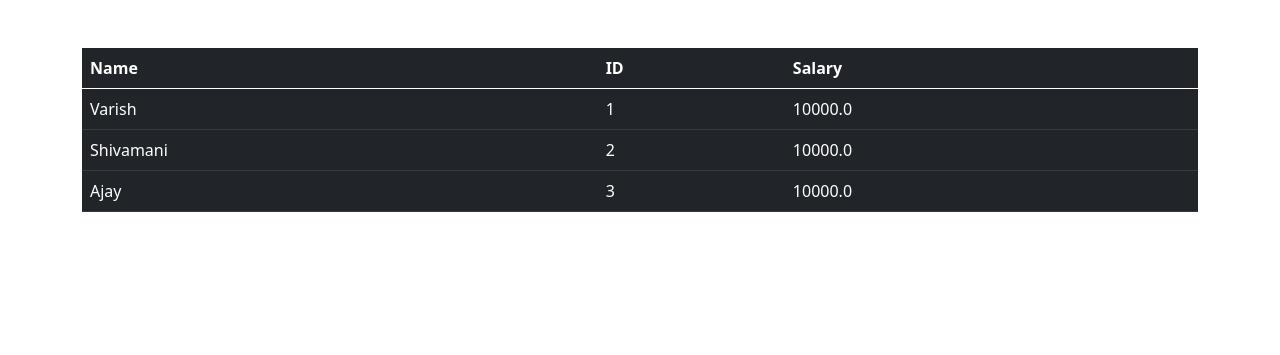
Repository: valletivarish/monojsp
Page: http://localhost/05-jsp-jstl-tags-demo/emp-jstl-forEach-demo.jsp
An editor plug-in stored every save of this project. The page is shown before and after the next save, followed by the edit.
The browser window is 1280 px wide. The pictures show the whole page.
The page is served by Tomcat 9.

Above is the page before, as saved 2024-07-15 08:22:24.

After the next save:
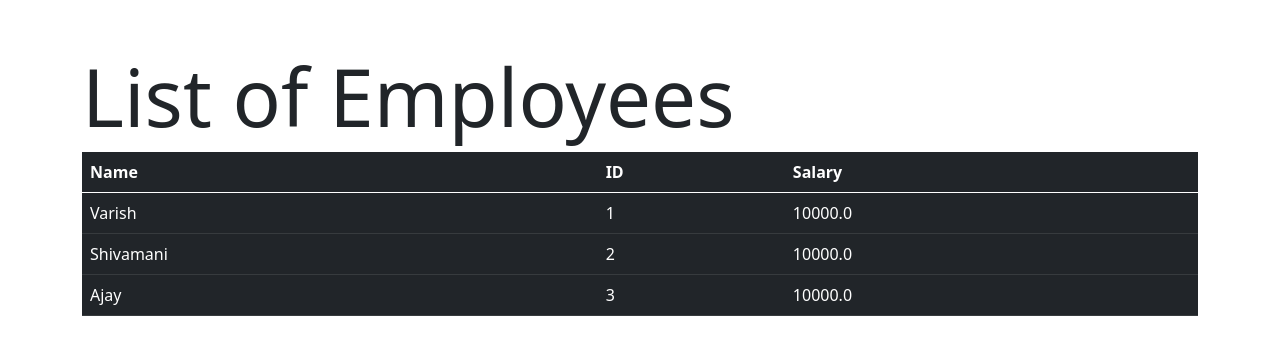
Saved 57 s later.
--- a/05-jsp-jstl-tags-demo/WebContent/emp-jstl-forEach-demo.jsp
+++ b/05-jsp-jstl-tags-demo/WebContent/emp-jstl-forEach-demo.jsp
@@ -8,7 +8,7 @@
 <html>
 <head>
 <meta charset="ISO-8859-1">
-<title>Employee List</title>
+<title>Insert title here</title>
 <link href="https://cdn.jsdelivr.net/npm/bootstrap@5.0.2/dist/css/bootstrap.min.css" rel="stylesheet" integrity="sha384-EVSTQN3/azprG1Anm3QDgpJLIm9Nao0Yz1ztcQTwFspd3yD65VohhpuuCOmLASjC" crossorigin="anonymous">
 <script src="https://cdn.jsdelivr.net/npm/bootstrap@5.0.2/dist/js/bootstrap.bundle.min.js" integrity="sha384-MrcW6ZMFYlzcLA8Nl+NtUVF0sA7MsXsP1UyJoMp4YLEuNSfAP+JcXn/tWtIaxVXM" crossorigin="anonymous"></script>
 </head>
@@ -21,6 +21,7 @@
         pageContext.setAttribute("myEmployees", employees);
     %>
    	<div class="container my-5">
+   		<h1 class="display-1">List of Employees</h1>
    		<table class="table table-hover table-dark">
         <thead>
             <tr>
